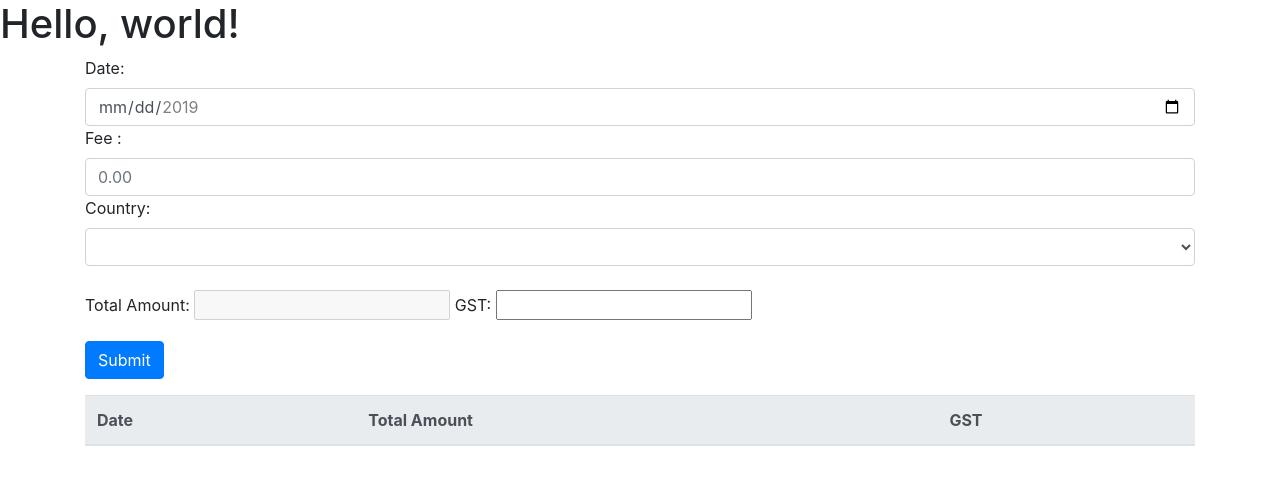
Repository: yucheng91/feesubmissionform
Page: http://localhost/
The author's editor kept a record of every edit. The page is drawn from the files as they stood at one moment, then again after the next edit.
The browser window is 1280 px wide. The pictures show the whole page.
The page is served by the project's application, run on Flask 3 (app.py). Queries for data that is not in the repository find no rows.

Above is the page before.

After the next edit:
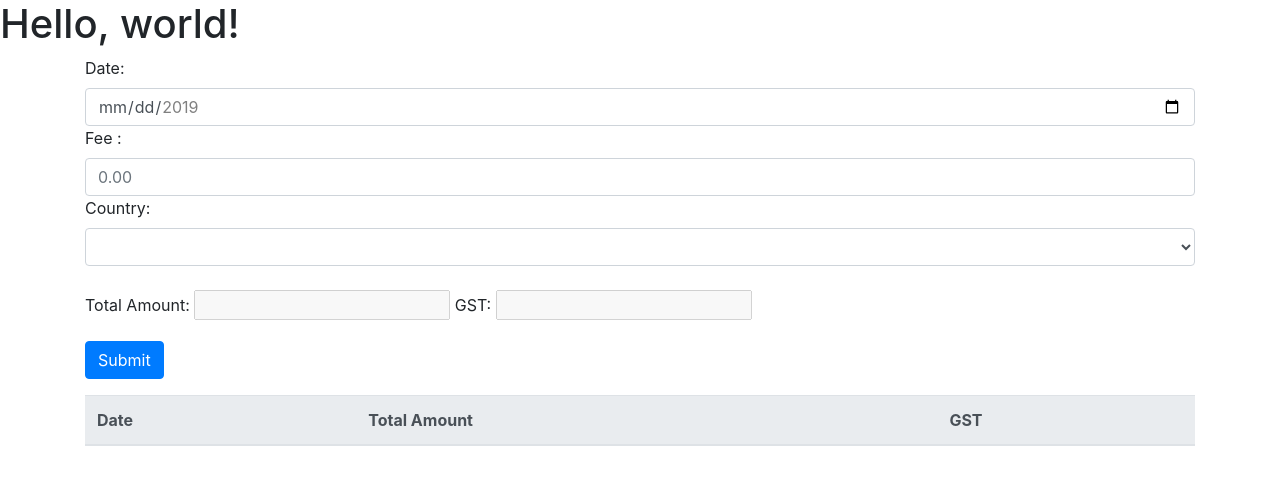
The edit:
--- a/templates/index.html
+++ b/templates/index.html
@@ -44,7 +44,7 @@
                 <label class='label' >
                   GST:
                 </label>
-                <input type="number" name="gst">
+                <input type="number" name="gst" disabled>
                 <br>
               <input type='submit' class='btn btn-primary mt-3'>
               </div>
